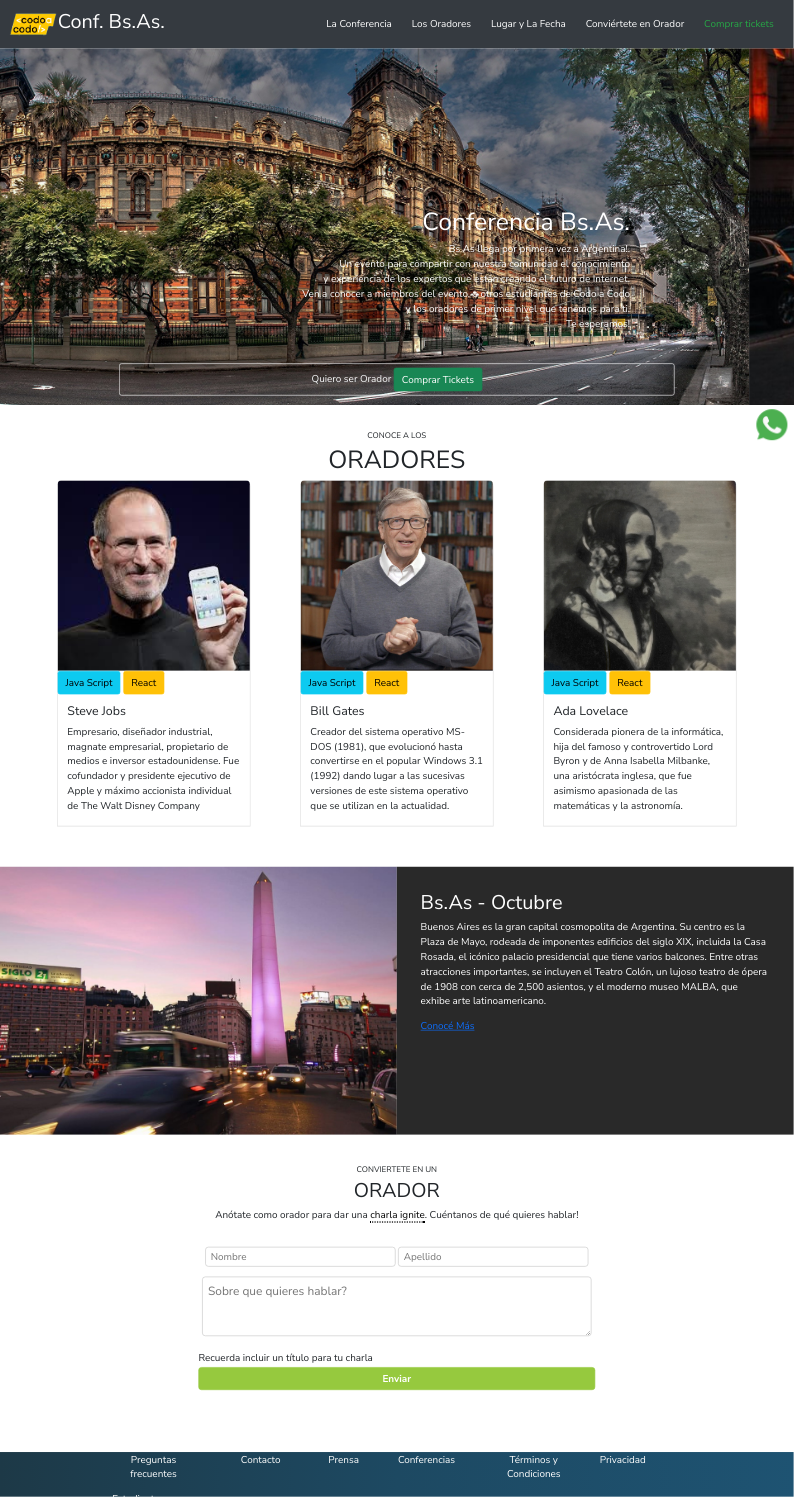
Repository: Melire/trabajo-final-BS
Page: index.html
These files come from the project's save history. The page is drawn as it stood at one moment and after the next save; the edit follows.
The browser window is 1280 px wide. The pictures show the whole page, at 62% of full size.

Above is the page before, as saved 2023-05-10 14:46:57.

After the next save:
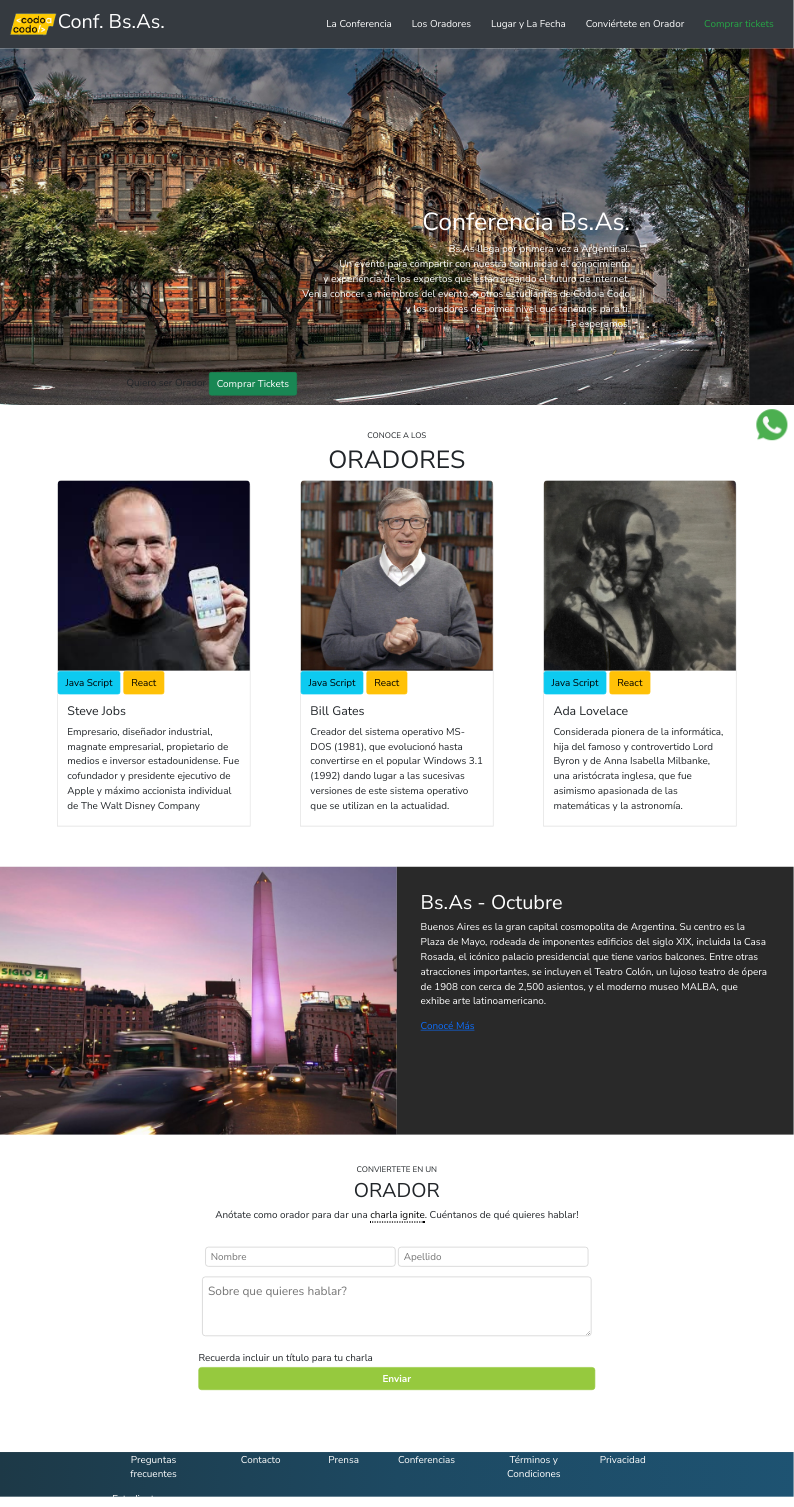
Saved 6 s later.
--- a/index.html
+++ b/index.html
@@ -59,7 +59,7 @@
                     <!--botones carrousel-->
                     <nav class="container">
                         <div class="row">
-                            <di
+                            <div class
                         <a href="#convierteteEnOrador" button type="button" class="btn btn-outline-light">Quiero ser
                             Orador</a>
                         <a href="./pages/comprar_tickets.html" button type="button" class="btn btn-success" >Comprar
